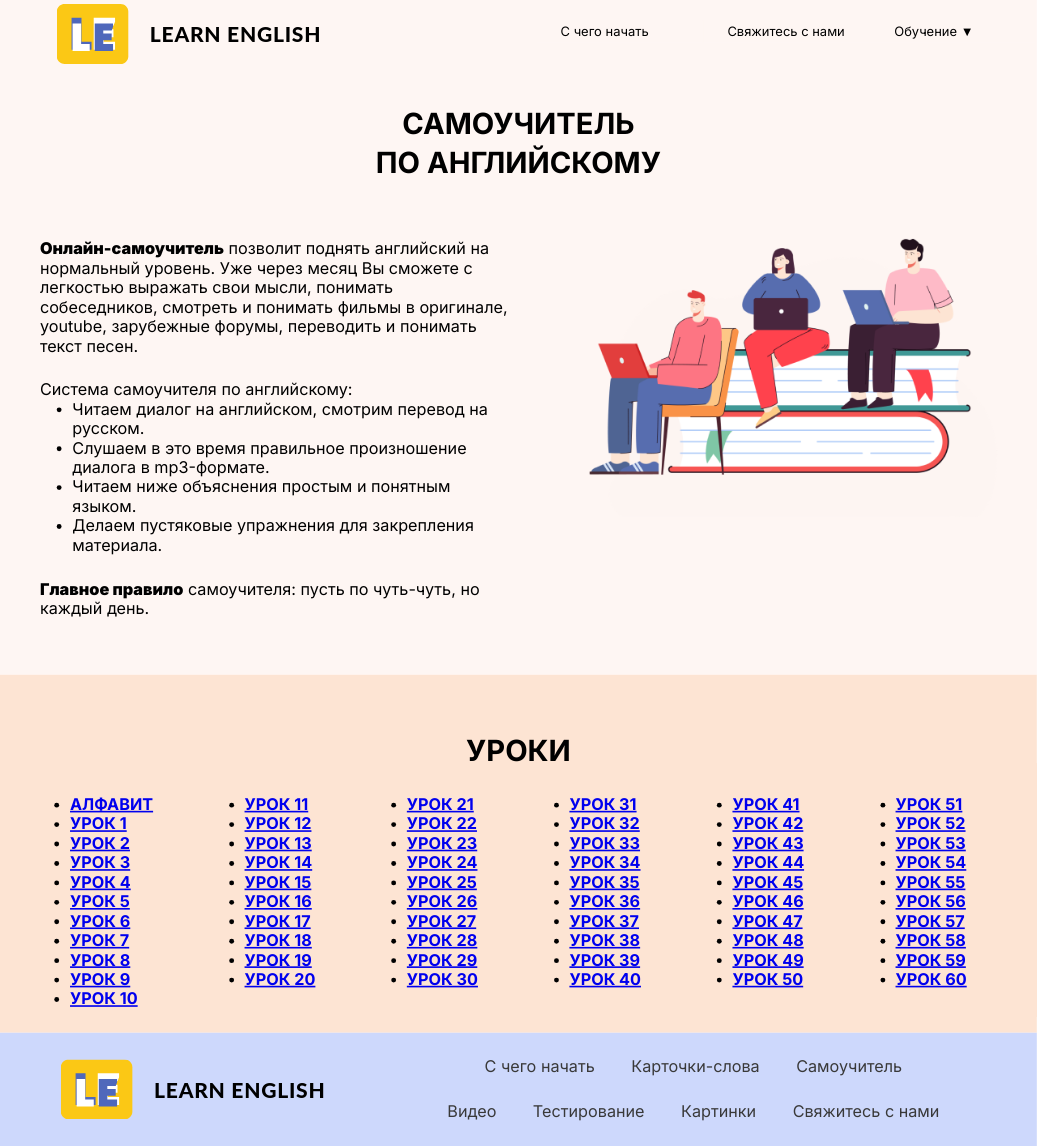
Repository: WladimirVA/Diplom
Page: scool/lesson.html
An editor plug-in stored every save of this project. The page is shown before and after the next save, followed by the edit.
The browser window is 1280 px wide. The pictures show the whole page, at 81% of full size.

Above is the page before, as saved 2023-07-19 17:03:40.

### scool/lesson.html
<!DOCTYPE html>
<html lang="en">
<head>
    <meta charset="UTF-8">
    <meta name="viewport" content="width=device-width, initial-scale=1.0">
    <link href="./css/index.css" rel="stylesheet" type="text/css">
    <link href="./css/fonts.css" rel="stylesheet" type="text/css">
    <link rel="stylesheet" href="./css/lesson.css" type="text/css">
    <link rel="icon" sizes="16x16" href="./img/Vector.svg" type="image/x-icon">
    <title>Learn english</title>
</head>
<body>
    <header class="header" di="HOME">
        <div class="section">
            <div class="section-header">
                <div class="logo">
                    <img src="./img/Vector.svg">
                    <p>Learn english</p>
                </div>
                <div>

                    <ul class="ddropdownn">
                        <li class="ddropdownn-top">
                        <a class="ddropdownn-top" href="#">С чего начать</a>
                        </li>
                        <li class="ddropdownn-top">
                            <a class="ddropdownn-top" href="mailto:dyadichenko_va@mail.ru">Свяжитесь с нами</a>
                        </li>
                        <li class="ddropdownn-top">
                        <a class="ddropdownn-top" href="#">Обучение &#9660;</a>
                            <ul class="ddropdownn-inside">
                                <li><a href="/">Карточки-слова</a></li>
                                <li><a href="/">Самоучитель</a></li>
                                <li><a href="/">Видео</a></li>
                                <li><a href="/">Тестирование</a></li>
                                <li><a href="/">Картинки</a></li>
                            </ul>
                        </li>

                    </ul>
                </div>
            </div>
        </div>
    </header>
    <main>
        <section class="TUTORIAL">
            <div class="section">
                <h1 class="tutorial-h1">Самоучитель <br>по английскому</h1>
                <div class="content-tutorial">
                    <div class="tutorial-inf">
                        <p><span  style="font-weight:900"> Онлайн-самоучитель</span> позволит поднять английский на нормальный уровень. Уже через месяц Вы сможете с легкостью выражать свои мысли, понимать собеседников, смотреть и понимать фильмы в оригинале, youtube, зарубежные форумы, переводить и понимать текст песен.</p>
                            <ul><p>Система самоучителя по английскому:</p>
                                <li>Читаем диалог на английском, смотрим перевод на русском.</li>
                                <li>Слушаем в это время правильное произношение диалога в mp3-формате.</li>
                                <li>Читаем ниже объяснения простым и понятным языком.</li>
                                <li>Делаем пустяковые упражнения для закрепления материала.</li>
                            </ul>
                            <p><span  style="font-weight:900"> Главное правило</span> самоучителя: пусть по чуть-чуть, но каждый день.
                        </p>
                    </div>
                    <div class="tutorial-img">
                        <img src="./img/Group 78 1 (1).png" alt="foto">
                    </div>
                </div>
            </div>
        </section>
        <section class="LESSON">
            <div class="section">
                <div class="lesson">
                    <p>уроки</p>
                </div>
                <div class="all-lesson">
                    <ul>
                        <li><a href="#">Алфавит</a></li>
                        <li><a href="#">Урок 1</a></li>
                        <li><a href="#">Урок 2</a></li>
                        <li><a href="#">Урок 3</a></li>
                        <li><a href="#">Урок 4</a></li>
                        <li><a href="#">Урок 5</a></li>
                        <li><a href="#">Урок 6</a></li>
                        <li><a href="#">Урок 7</a></li>
                        <li><a href="#">Урок 8</a></li>
                        <li><a href="#">Урок 9</a></li>
                        <li><a href="#">Урок 10</a></li>
                    </ul>
                    <ul>
                        <li><a href="#">Урок 11</a></li>
                        <li><a href="#">Урок 12</a></li>
                        <li><a href="#">Урок 13</a></li>
                        <li><a href="#">Урок 14</a></li>
                        <li><a href="#">Урок 15</a></li>
                        <li><a href="#">Урок 16</a></li>
                        <li><a href="#">Урок 17</a></li>
                        <li><a href="#">Урок 18</a></li>
                        <li><a href="#">Урок 19</a></li>
                        <li><a href="#">Урок 20</a></li>
                    </ul>
                    <ul>
                        <li><a href="#">Урок 21</a></li>
                        <li><a href="#">Урок 22</a></li>
                        <li><a href="#">Урок 23</a></li>
                        <li><a href="#">Урок 24</a></li>
                        <li><a href="#">Урок 25</a></li>
                        <li><a href="#">Урок 26</a></li>
                        <li><a href="#">Урок 27</a></li>
                        <li><a href="#">Урок 28</a></li>
                        <li><a href="#">Урок 29</a></li>
                        <li><a href="#">Урок 30</a></li>
                    </ul>
                    <ul>
                        <li><a href="#">Урок 31</a></li>
                        <li><a href="#">Урок 32</a></li>
                        <li><a href="#">Урок 33</a></li>
                        <li><a href="#">Урок 34</a></li>
                        <li><a href="#">Урок 35</a></li>
                        <li><a href="#">Урок 36</a></li>
                        <li><a href="#">Урок 37</a></li>
                        <li><a href="#">Урок 38</a></li>
                        <li><a href="#">Урок 39</a></li>
                        <li><a href="#">Урок 40</a></li>
                    </ul>
                    <ul>
                        <li><a href="#">Урок 41</a></li>
                        <li><a href="#">Урок 42</a></li>
                        <li><a href="#">Урок 43</a></li>
                        <li><a href="#">Урок 44</a></li>
                        <li><a href="#">Урок 45</a></li>
                        <li><a href="#">Урок 46</a></li>
                        <li><a href="#">Урок 47</a></li>
                        <li><a href="#">Урок 48</a></li>
                        <li><a href="#">Урок 49</a></li>
                        <li><a href="#">Урок 50</a></li>
                    </ul>
                    <ul>
                        <li><a href="#">Урок 51</a></li>
                        <li><a href="#">Урок 52</a></li>
                        <li><a href="#">Урок 53</a></li>
                        <li><a href="#">Урок 54</a></li>
                        <li><a href="#">Урок 55</a></li>
                        <li><a href="#">Урок 56</a></li>
                        <li><a href="#">Урок 57</a></li>
                        <li><a href="#">Урок 58</a></li>
                        <li><a href="#">Урок 59</a></li>
                        <li><a href="#">Урок 60</a></li>
                    </ul>
                </div>
            </div>
        </section>
    </main>
    <footer class="FOOTER">
        <div class="section">
            <div class="section-footer">
                <div class="logo">
                    <img src="./img/Vector.svg">
                    <p>Learn english</p>
                </div>
                <div class="ddropdownn-footer">
                    <div class="ddropdownn-menu">
                        <ul class="ddropdownn1">
                            <li><a href="#">С чего начать</a></li>
                            <!-- <li><a href="#">Обучение</a></li> -->
                            <li><a href="#">Карточки-слова</a></li>
                            <li><a href="#">Самоучитель</a></li>
                        </ul>
                    </div>
                    <div class="ddropdownn-menu">
                        <ul class="ddropdownn2">
                            <li><a href="#">Видео</a></li>
                            <li><a href="#">Тестирование</a></li>
                            <li><a href="#">Картинки</a></li>
                            <li><a class="link" href="mailto:dyadichenko_va@mail.ru">Свяжитесь с нами</a></li>
                        </ul>
                    </div>
                </div>
            </div>
        </div>
    </footer>
</body>
</html>

### scool/css/index.css
body {
    scroll-behavior: smooth;
    align-items: center;
    width: 100%;
    max-width: 1366px;
    margin: auto;
    font-family: 'Inter', 'Work Sans', "NunitoSans-Light", Arial, Helvetica, sans-serif;
}
* {
    margin: 0;
    padding: 0;
}

.logo {
    display: flex;
    align-items: center;
}

.logo p {
    font-family: Lato;
    font-size: 26px;
    font-weight: 800;
    line-height: 48px;
    letter-spacing: 0.035em;
    text-align: left;
    text-transform: uppercase;
    padding-left: 1em;
}

/* Стили выпадающего списка */
ul.ddropdownn li {/* Считаем координаты относительно исходного места. */
    position: relative; }
ul.ddropdownn, ul.ddropdownn-inside {
    /* Отступы на нуле. */
    padding: 0;
    /* Маркеры уберем. */
    list-style-type: none;
    }
ul.ddropdownn-inside {
    /* Спрячем дочерние элементы выпадающего списка. */
    left: -9999px;
    position: absolute;
    }
ul.ddropdownn li.ddropdownn-top {
    /* Небольшой отступ. */
    margin: 20px 1px 0 0;
    /* Выравнивание по левой стороне. */
    float: left;
    display: inline;
    }
ul.ddropdownn li.ddropdownn-top a {
    /* Делаю элементы блочными. */
    display: block;
    /* Снова отступы. */
    padding: 3px 30px 4px;
    text-decoration: none;
    color: black;
    font-family: Inter;
    width: 145px;
    }
ul.ddropdownn a.ddropdownn-top {/* Цвет фона. */ background: #FEF6F3; } */
ul.ddropdownn a.ddropdownn-top:hover {/* Отступы. */ padding: 13px 20px 4px; }
ul.ddropdownn li.ddropdownn-top:hover .ddropdownn-inside {
    left: 0;
    /* Делаю элементы блочными. */
    display: block;
    }
ul.ddropdownn .ddropdownn-inside {/* Цвет фона. */ background: #FEF6F3; }
ul.ddropdownn .ddropdownn-inside a:hover {/* Цвет фона изменится при наведении. */
    background: #FEF6F3; }


@media screen and (max-width: 745px) {
    .header-nav {
        display: block;
        padding-top: 0px;
    }
}


.section-header {
    display: flex;
    justify-content: space-between;
    background-color: #FEF6F3;
    padding: 5px 0px 0 70px;

}

.BEGINNES {
    background: #FEF6F3;
}

.content-beginners {
    display: flex;
    justify-content: space-between;
}

.beginners-inf {
    padding: 50px 0 0 70px;
}

.beginners-inf h1 {
    font-family: Inter;
    font-size: 44px;
    font-weight: 700;
    line-height: 48px;
    letter-spacing: -0.08em;
    text-align: left;
    text-transform: uppercase;
    letter-spacing: 0.035em;
}

.beginners-img img {
    width: 100%;
    height: auto;
}

.beginners-inf p {
    margin-top: 50px;
}

.content-beginners {
    font-family: Inter;
    font-size: 22px;
    font-weight: 700;
    line-height: 24px;
    letter-spacing: 0em;
    text-align: left;

    font-family: Inter;
    font-size: 22px;
    font-weight: 500;
    line-height: 24px;
    letter-spacing: 0em;
    text-align: left;

    font-family: Inter;
    font-size: 20px;
    font-weight: 500;
    line-height: 24px;
    letter-spacing: 0em;
    text-align: left;
}

.home_ul {
    list-style-type: none;
    padding: 20px 0 20px 0;
}

.check {
    margin-left: 15px;
}

.button_home {
    font-family: Inter;
    font-size: 20px;
    font-weight: 700;
    line-height: 24px;
    letter-spacing: 0em;
    text-align: center;
    background:#FBC815;
    border-style: none;
    border-radius: 25px;
    width: 257px;
    height: 56px;
}

.LEARNING {
    background: #FDE4D3;
}

.learning {
    display: flex;
    justify-content: space-evenly;
}

.img-learning img {
    width: 100%;
    height: auto;
}

.content-learning h1 {
    text-align: center;
    text-transform: uppercase;
    font-family: Inter;
    font-size: 36px;
    font-weight: 700;
    line-height: 48px;
    letter-spacing: 0em;
    text-align: center;
    padding-top: 65px;

}

.popular {
    margin-left: 20px;
}

.learning-text {
    max-width: 550px;
    margin-top: 50px;
}

.learning-text p {
    font-family: Inter;
    font-size: 20px;
    font-weight: 500;
    line-height: 24px;
    letter-spacing: 0em;
    text-align: left;
}

.learning-text-img {
    margin-top: 60px;
}

.learning-text-img p {
    margin: -38px 0 0 20px;
}

.INFORMATION {
    background: #4F68BB;
    height: 1275px;
}

.information-text {
    text-align: center;
    color: #FFFFFF;
    /* max-width: 932px; */
}


.content-information h1 {
    font-family: Inter;
    font-size: 36px;
    font-weight: 700;
    line-height: 48px;
    letter-spacing: 0em;
    text-align: center;
    text-transform: uppercase;
    padding: 60px 0 50px 0;
}

.content-information p {
    font-family: Inter;
    font-size: 24px;
    font-weight: 700;
    line-height: 32px;
    letter-spacing: 0em;
    text-align: center;
}


.information1 {
    color: #FFFFFF;
    height: 400px;
    text-align: center;
    display: flex;
    justify-content: space-around;
    margin: 60px 0 0 0;
}

.information1 p {
    max-width: 270px;
}

.information1 h3 {
    padding: 65px 0 50px 0;
}

.information2 {
    color: #FFFFFF;
    height: 400px;
    text-align: center;
    margin: 60px 0 0 0;
    display: flex;
    justify-content: space-evenly;
}

.information2 p {
    max-width: 270px;
}
.information2 h3 {
    padding: 65px 0 50px 0;
}

.buttton-inf1 {
    margin-top: 39px;
}
.buttton-inf2 {
    margin-top: 95px;
}
.buttton-inf3 {
    margin-top: 55px;
}
.buttton-inf4 {
    padding-top: 63px;
}
.buttton-inf5 {
    padding-top: 25px;
}

.TRANING {
    background:rgba(251, 205, 166, 1);
    height: 345px;
}

.training {
    display: flex;
    align-items: center;
    justify-content: space-evenly;
}

.training-inf {
    display: block;
    text-align: center;
}

.training-inf p {
    font-family: Inter;
    font-size: 36px;
    font-weight: 700;
    line-height: 48px;
    letter-spacing: 0em;
    text-align: center;
}

.buttton-training1 {
    padding-top: 45px;
}

.buttton-training {
    color: #FFFFFF;
    font-family: Inter;
    font-size: 20px;
    font-weight: 700;
    line-height: 24px;
    letter-spacing: 0em;
    text-align: center;
   background: rgba(240, 63, 90, 1);
}

.training-img {
    margin-top: -60px;
}

.FOOTER {
    background:rgba(205, 216, 252, 1);
    height: 140px;
    align-items: center;
    display: grid;
    justify-items: stretch;
}

.section-footer {
    display: flex;
    justify-content: space-around
}

.ddropdownn-footer {
    display: flex;
    flex-direction: column;
    align-items: center;
}

.ddropdownn-menu {
    display: flex;
}

.ddropdownn1, .ddropdownn2 {
    display: flex;
    font-family: Inter;
    font-size: 20px;
    font-weight: 400;
    line-height: 16px;
    letter-spacing: 0em;
    text-align: left;
    list-style-type:none;

}

.ddropdownn2 {
    margin: 40px 0 0 0;
}

.ddropdownn-footer li{
    padding: 0 45px 0 0;
}

.ddropdownn-footer a {
    text-decoration: none;
    color: rgba(57, 57, 57, 1);
    ;
}

### scool/css/fonts.css
/* @import url('https://fonts.googleapis.com/css2?family=Work+Sans:ital,wght@0,600;0,800;1,800&display=swap'); */


/* @import url('https://fonts.googleapis.com/css2?family=Inter:wght@400;500;600;700;800&family=Work+Sans:ital,wght@0,600;0,800;1,800&display=swap'); */


@import url('https://fonts.googleapis.com/css2?family=Inter:wght@100;200;300;400;500;600;700;800;900&display=swap');

@import url('https://fonts.googleapis.com/css2?family=Inter:wght@100;200;300;400;500;600;700;800;900&family=Work+Sans:ital,wght@0,100;0,200;0,300;0,400;0,500;0,600;0,700;0,800;0,900;1,100;1,200;1,300;1,400;1,500;1,600;1,700;1,800;1,900&display=swap');

### scool/css/lesson.css
.TUTORIAL {
    background: rgba(254, 246, 243, 1);
    padding-top: 50px;
}

.content-tutorial {
    display: flex;
    justify-content: space-around;
    padding: 70px 0 70px 0;
}

.tutorial-h1 {
    text-align: center;
    font-family: Inter;
    font-size: 36px;
    font-weight: 700;
    line-height: 48px;
    letter-spacing: 0em;
    text-align: center;
    text-transform: uppercase;
}

.tutorial-inf {
    max-width: 580px;
}

.tutorial-inf p {
    font-family: Inter;
    font-size: 20px;
    font-weight: 400;
    line-height: 24px;
    letter-spacing: 0em;
    text-align: left;
    color: rgba(0, 0, 0, 1);
}

.tutorial-inf li {
    margin-left: 15px;
    font-family: Inter;
    font-size: 20px;
    font-weight: 400;
    line-height: 24px;
    letter-spacing: 0em;
    text-align: left;
    margin-left: 40px;
}

.tutorial-inf ul {
    padding: 30px 0 30px 0px;
}

.tutorial-img img {
    width: 100%;
    height: auto;
}

.LESSON {
    background: rgba(253, 228, 211, 1);
}

.lesson {
    text-align: center;
    padding-top: 70px;
}

.lesson p {
    font-family: Inter;
    font-size: 36px;
    font-weight: 700;
    line-height: 48px;
    letter-spacing: 0em;
    text-align: center;
    text-transform: uppercase;
}

.all-lesson {
    display: flex;
    justify-content: space-around;
    font-family: Inter;
    font-size: 20px;
    font-weight: 700;
    line-height: 24px;
    letter-spacing: 0em;
    text-align: left;
    padding: 30px;
}

.all-lesson a {
    text-transform: uppercase;
}

After the next save:
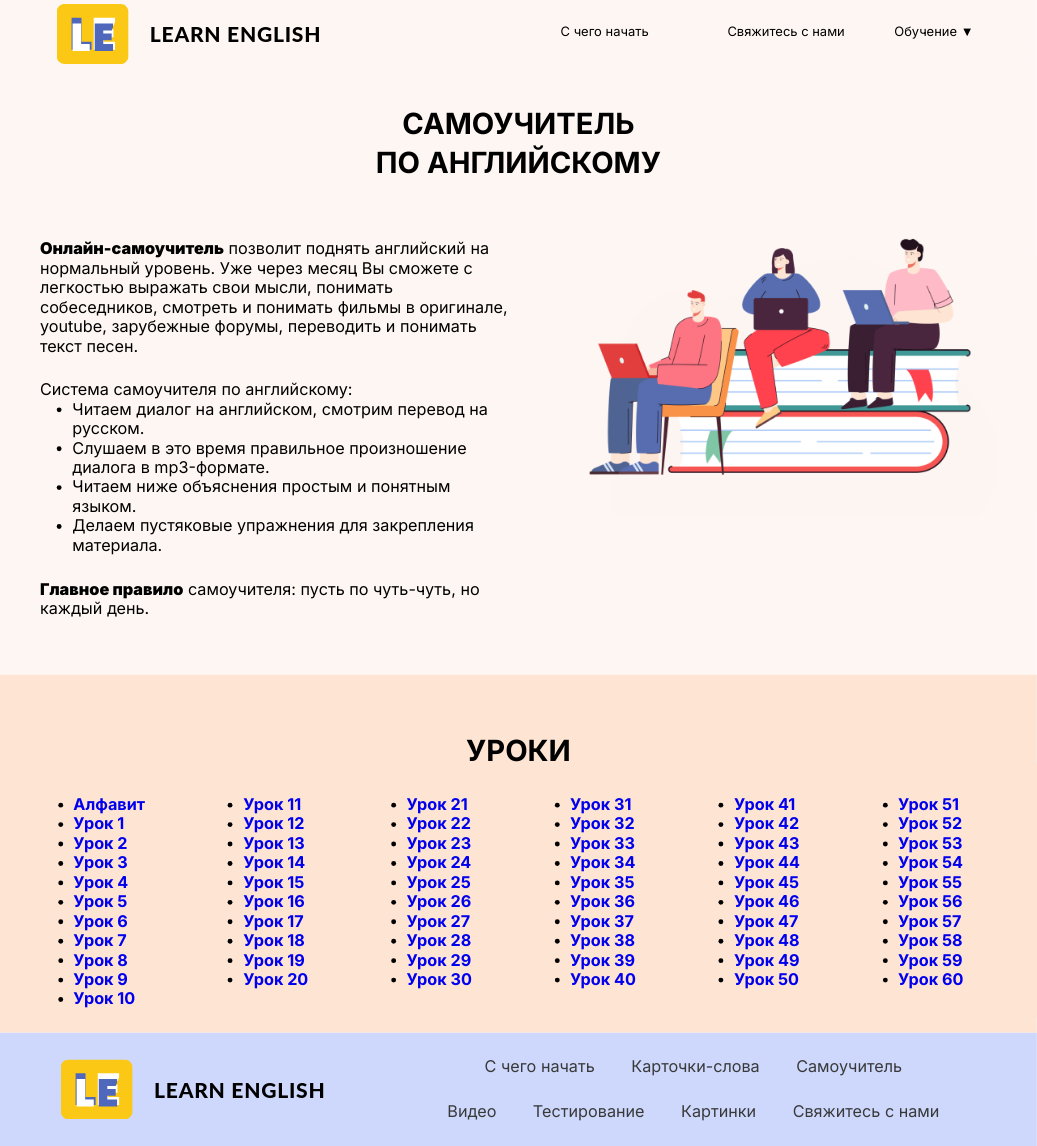
Saved 42 s later.
--- a/scool/css/lesson.css
+++ b/scool/css/lesson.css
@@ -86,5 +86,6 @@
 }
 
 .all-lesson a {
-    text-transform: uppercase;
+    list-style-type:none;
+    text-decoration: none;
 }
